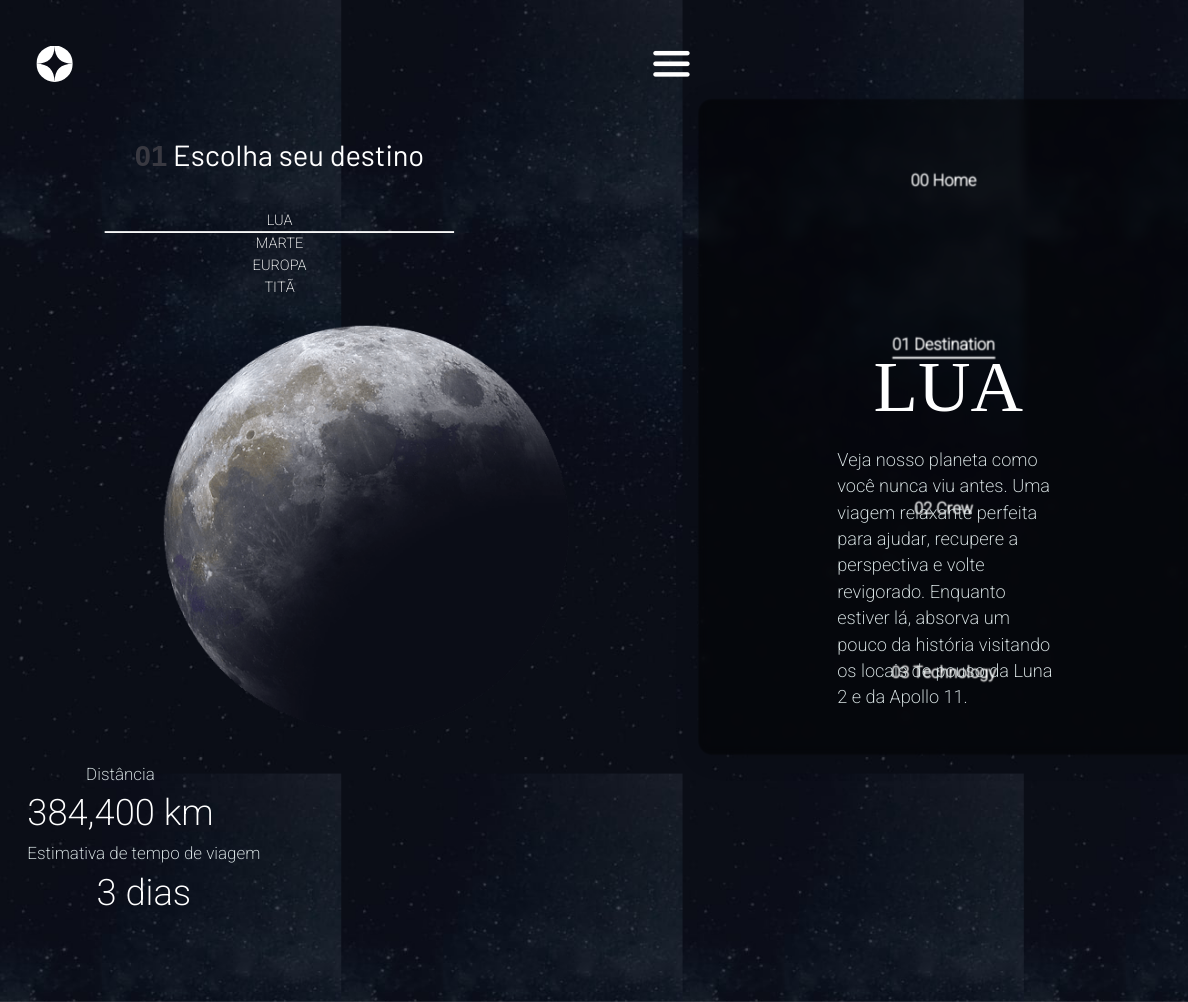
Repository: Leonngc/space-site
Page: space-tourism-website-main/space-tourism-website-main/starter-code/destination-moon.html
These files come from the project's save history. The page is drawn as it stood at one moment and after the next save; the edit follows.
The browser window is 768 px wide. The page is 1306 px wide, so the pictures cover 1306 px, including what lies to the right of the window. The pictures show the whole page, at 91% of full size.
Some web libraries are served in a nearby version.

Above is the page before, as saved 2023-04-30 01:14:25.

After the next save:
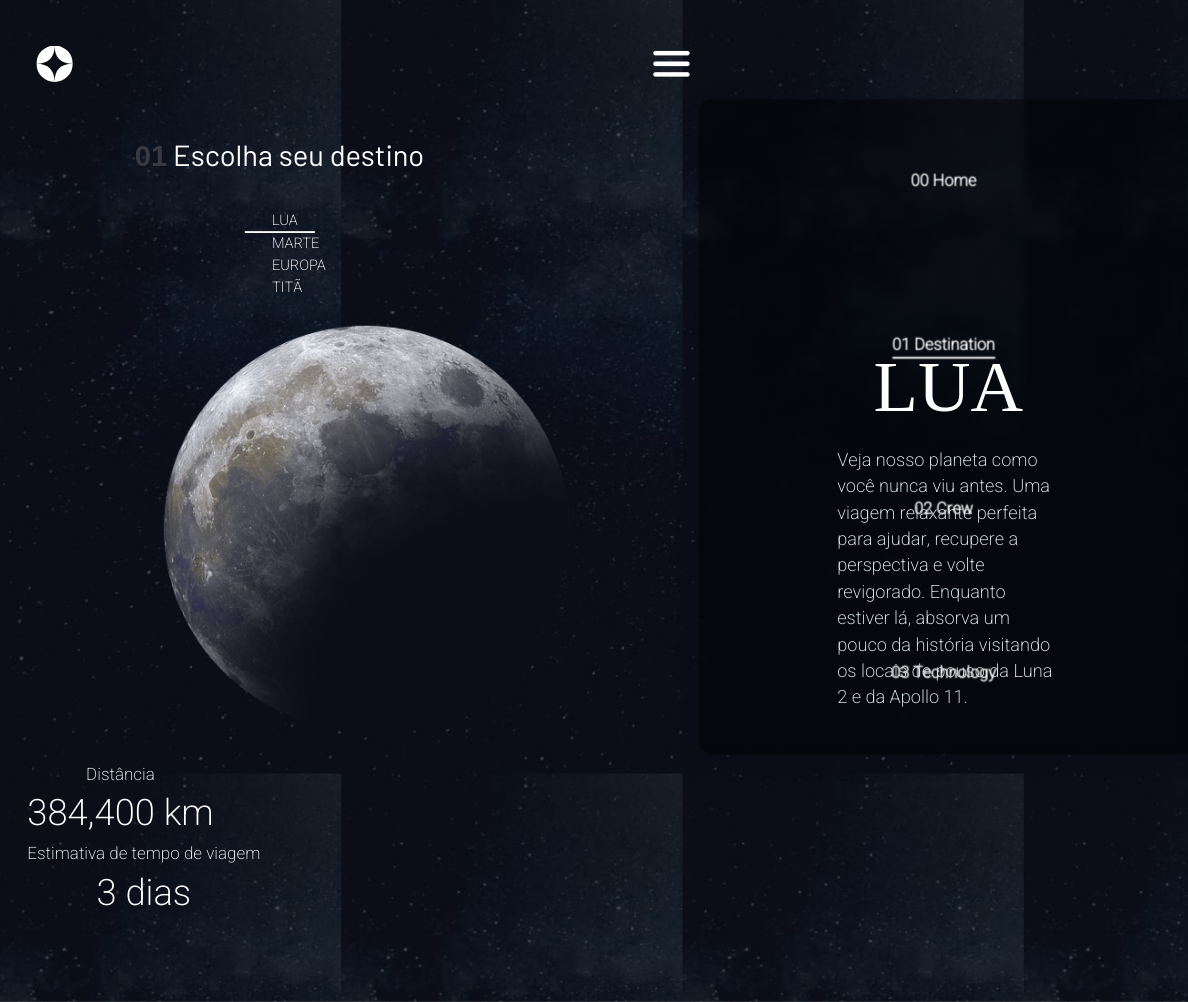
Saved 9 s later.
--- a/space-tourism-website-main/space-tourism-website-main/starter-code/styles/destination.css
+++ b/space-tourism-website-main/space-tourism-website-main/starter-code/styles/destination.css
@@ -118,7 +118,7 @@ strong{
     }
 
     .nav-travel{
-        width: 50vw;
+        width: 10vw;
     }
 
     .nav-travel{
